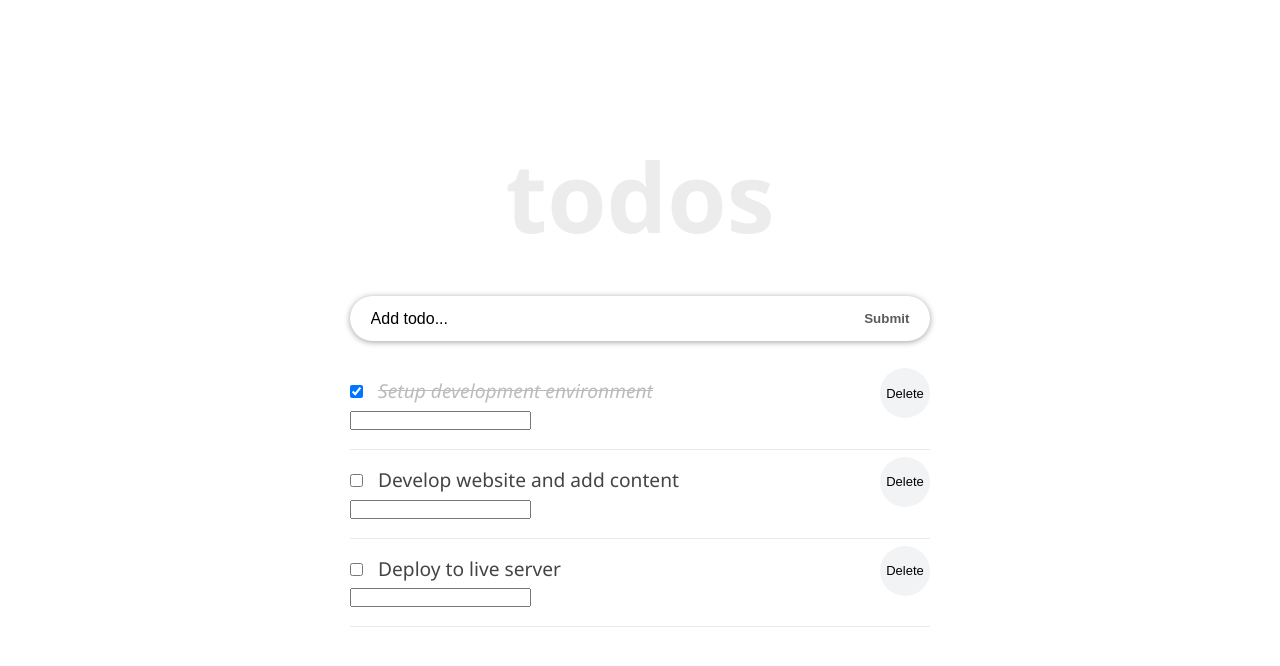
Repository: kennedyowusu/react-todo-app
Page: /
An editor plug-in stored every save of this project. The page is shown before and after the next save, followed by the edit.
The browser window is 1280 px wide. The pictures show the whole page.
The project was rebuilt for these pictures with package versions that can differ from the ones it lists, and the page was loaded fresh each time.

Above is the page before, as saved 2023-01-16 13:50:31.

After the next save:
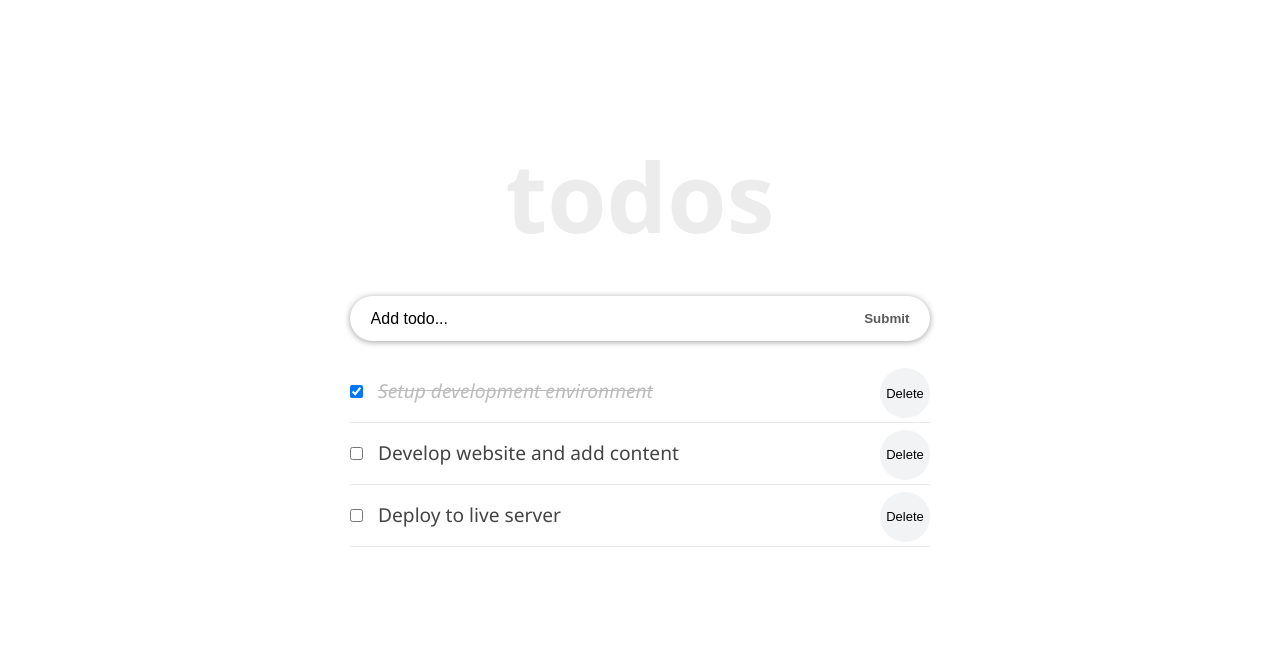
Saved 28 s later.
--- a/src/components/TodoItem.js
+++ b/src/components/TodoItem.js
@@ -44,7 +44,7 @@ class TodoItem extends React.Component {
           <button onClick={() => this.props.deleteTodoProps(id)}>Delete</button>
           <span style={completed ? completedStyle : null}>{title}</span>
         </div>
-        <input type='text' className={styles.textInput} />
+        <input type='text' style={editMode} className={styles.textInput} />
       </li>
     )
   }
